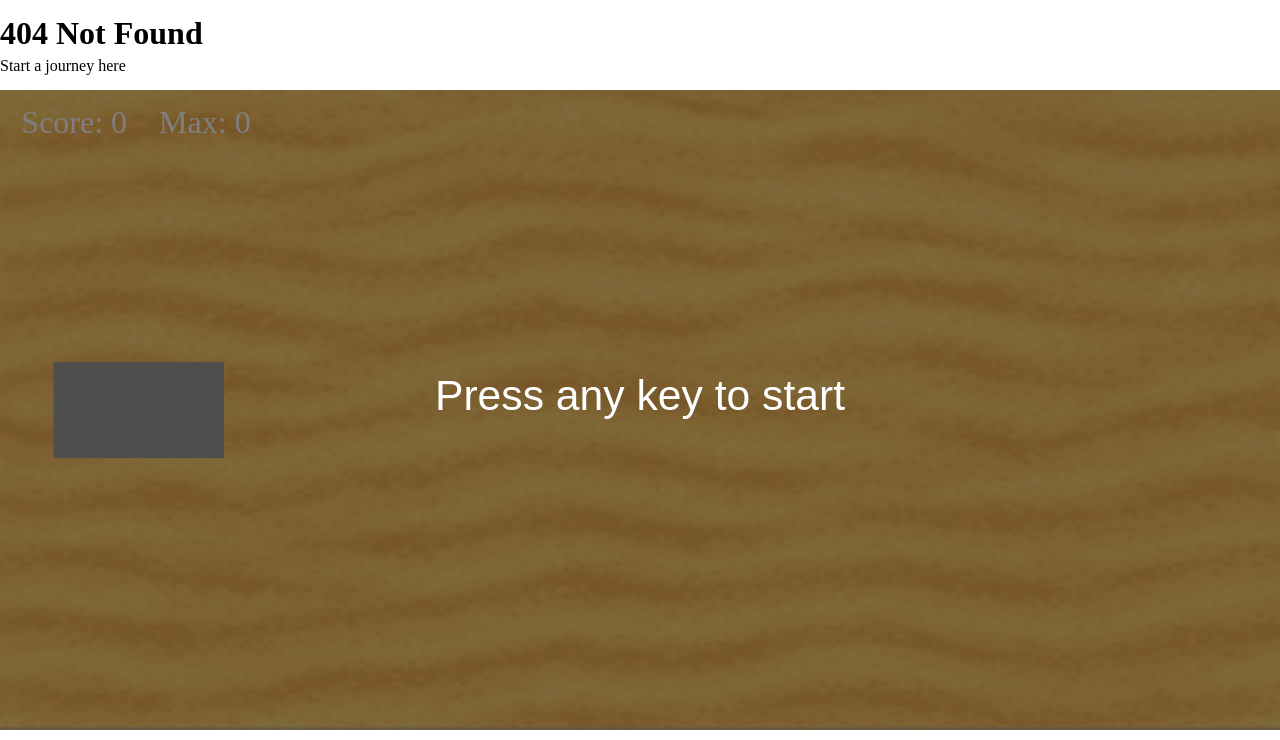
Repository: btgoo/game
Page: car.html
The author's editor kept a copy of each file at every save. The page is drawn from the files as they stood at one save, then again after the next save.
The browser window is 1280 px wide. The pictures show the whole page.

Above is the page before, as saved 2025-10-26 02:28:55.

After the next save:
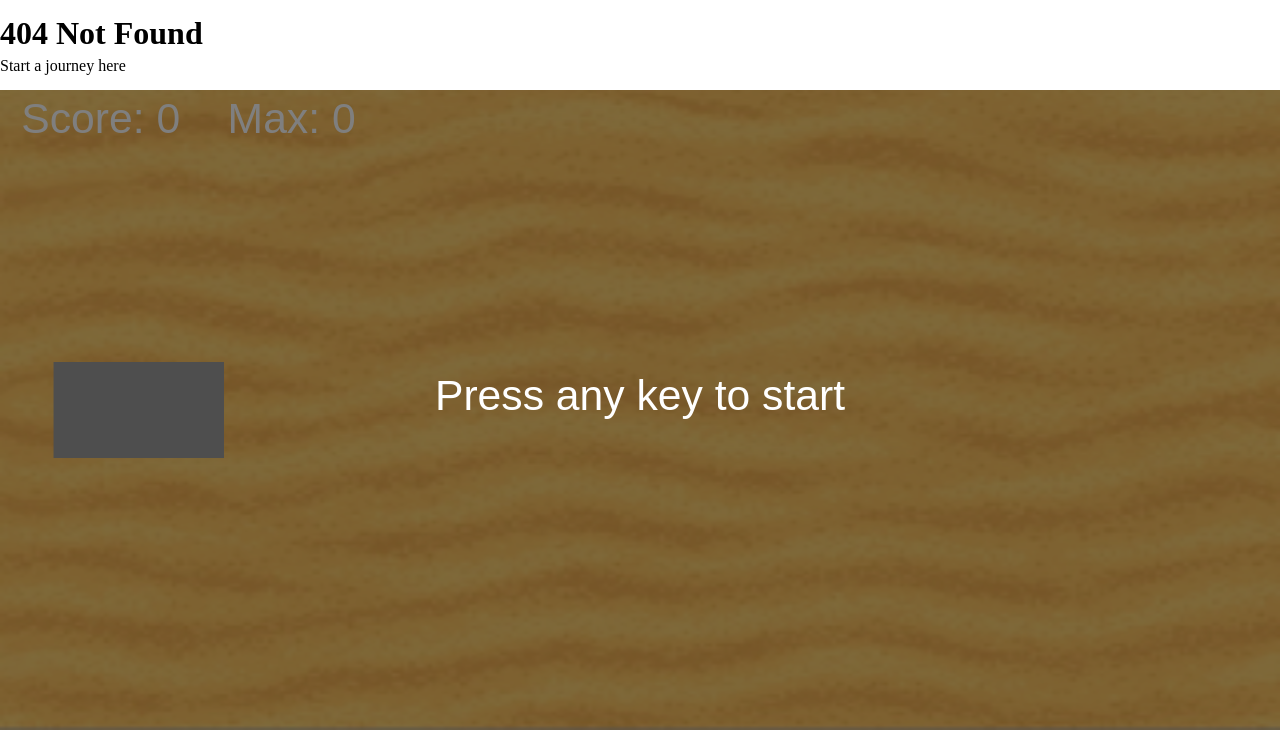
Saved 7 s later.
--- a/carscript.js
+++ b/carscript.js
@@ -127,7 +127,7 @@
     ctx.drawImage(backgroundImg, bgX + bgWidth, 0, bgWidth, bgHeight);
 
     ctx.fillStyle = "white";
-    ctx.font = `${30 * scaleRatio}px arcade`;
+    ctx.font = `${30 * scaleRatio}px `;
     ctx.textAlign = "left";
     ctx.fillText(`Score: ${score}    Max: ${maxScore}`, 20 * scaleRatio, 40 * scaleRatio);
 

After the save that followed:
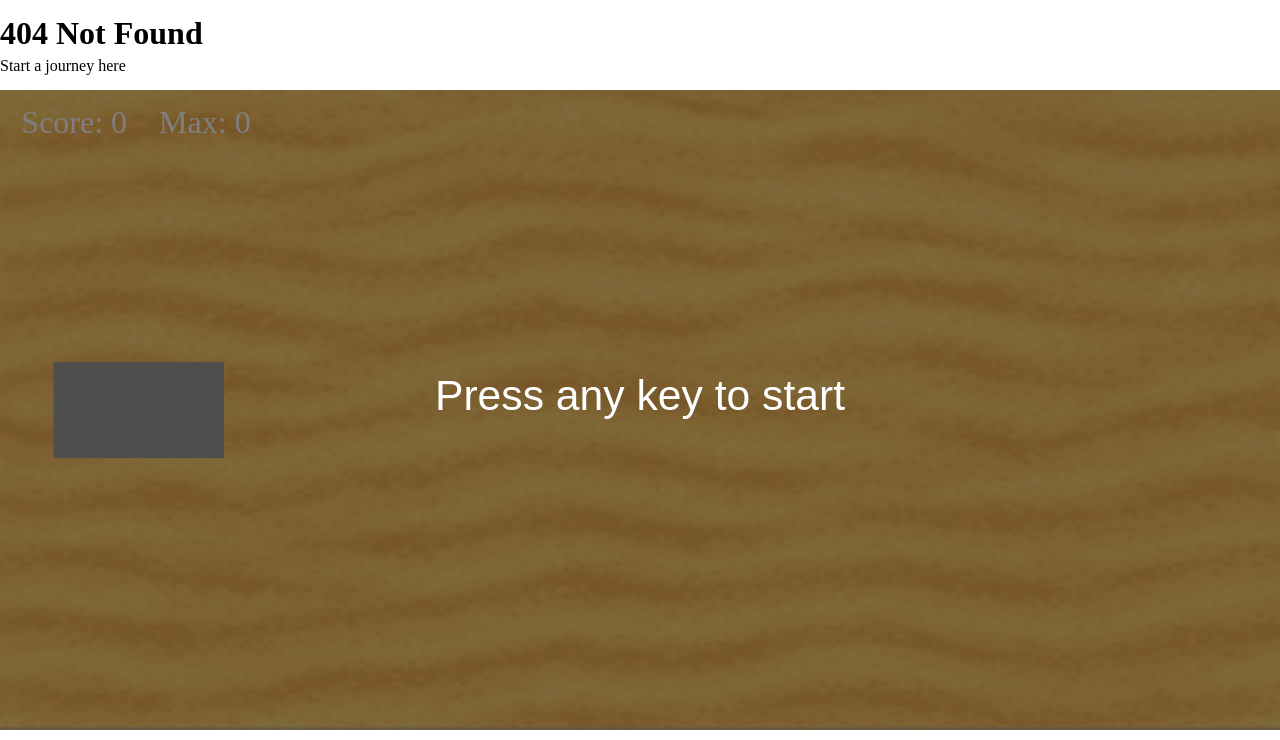
Saved 4 s later.
--- a/carscript.js
+++ b/carscript.js
@@ -127,7 +127,7 @@
     ctx.drawImage(backgroundImg, bgX + bgWidth, 0, bgWidth, bgHeight);
 
     ctx.fillStyle = "white";
-    ctx.font = `${30 * scaleRatio}px `;
+    ctx.font = `${30 * scaleRatio}px arcade`;
     ctx.textAlign = "left";
     ctx.fillText(`Score: ${score}    Max: ${maxScore}`, 20 * scaleRatio, 40 * scaleRatio);
 
